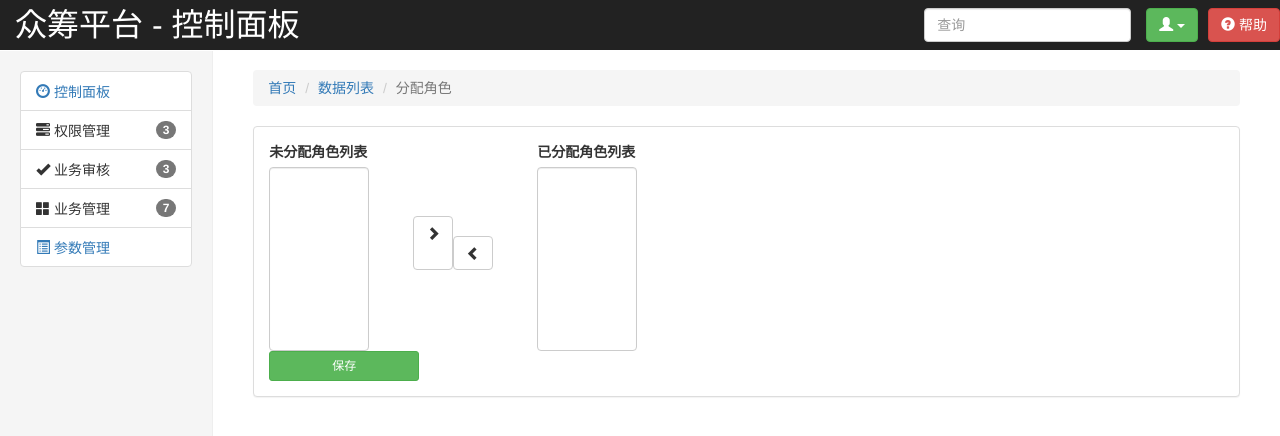
Repository: tornado4651/AtCrodFunding
Page: http://localhost/atcrowdfunding02-admin-webui/WEB-INF/assign-role.jsp
These files come from the project's save history. The page is drawn as it stood at one moment and after a run of saves; the edit follows.
The browser window is 1280 px wide. The pictures show the whole page.
The page is served by Tomcat 9. Nobody is signed in. The template is opened directly, without the code that normally fills it, so the values that code supplies are empty.

Above is the page before, as saved 2020-04-30 03:41:03.

### atcrowdfunding01-admin-parent/atcrowdfunding02-admin-webui/src/main/webapp/WEB-INF/assign-role.jsp
<%@ page language="java" contentType="text/html; charset=UTF-8"
	pageEncoding="UTF-8"%>
<%@ taglib uri="http://java.sun.com/jsp/jstl/core" prefix="c" %>
<!DOCTYPE html>
<html lang="UTF-8">
<!-- 提取出navigator部分，单独包含进来 -->
<%@include file="/WEB-INF/include-head.jsp" %>

<script type="text/javascript">
	$(function(){
		// 实现角色选择框的添加功能
		// ":eq(0)"表示选择页面上的第一个选择框
		// "eq(1)"表示选择页面上的第一个选择框
		// ">"表示选择子元素
		// “:selected”表示选择“被选中”的option
		// appendTo()能够将jQuery对象追加到指定位置
		$("#toRightBtn").click(function() {
			$("select:eq(0)>option:selected").appendTo("select:eq(1)");
		});

		// 实现角色选择框的删除功能
		$("#toLeftBtn").click(function(){
			$("select:eq(1) > option:selected").appendTo("select:eq(0)");
		});

		// 设置提交按钮中所有option选中，避免bug
		$("#submitBtn").click(function(){
			$("select:eq(1) > option").prop("selected", "selected");
		});
	});
</script>

<body>

	<!-- 提取出navigator部分，单独包含进来 -->
	<%@include file="/WEB-INF/include-navigator.jsp" %>

	<div class="container-fluid">
		<div class="row">

			<!-- 提取出sidebar部分，单独包含进来 -->
			<%@include file="/WEB-INF/include-sidebar.jsp" %>
			<div class="col-sm-9 col-sm-offset-3 col-md-10 col-md-offset-2 main">
				<ol class="breadcrumb">
				  <li><a href="#">首页</a></li>
				  <li><a href="#">数据列表</a></li>
				  <li class="active">分配角色</li>
				</ol>
			<div class="panel panel-default">
			  <div class="panel-body">
				<form  action="assign/do/role/assign.html" method="post" role="form" class="form-inline">

				  <input type="hidden" name="adminId" value="${param.adminId }"/>
				  <input type="hidden" name="pageNum" value="${param.pageNum }"/>
				  <input type="hidden" name="keyword" value="${param.keyword }"/>

				  <div class="form-group">
					<label for="exampleInputPassword1">未分配角色列表</label><br>
					<select
						class="form-control" multiple="multiple" size="10"
						style="width:100px;overflow-y:auto;">
                        <c:forEach items="${requestScope.unAssignedRoleList }" var="role">
                        	<option value="${role.id }">${role.name }</option>
                        </c:forEach>
                    </select>
				  </div>
				  <div class="form-group">
                        <ul>
                            <li  id="toRightBtn" class="btn btn-default glyphicon glyphicon-chevron-right"/> <br><br>
                            <li  id="toLeftBtn" class="btn btn-default glyphicon glyphicon-chevron-left" style="margin-top:20px;"/>
                        </ul>
				  </div>
				  <div class="form-group" style="margin-left:40px;">
					<label for="exampleInputPassword1">已分配角色列表</label><br>
					<select name="roleIdList"
						class="form-control" multiple="multiple" size="10"
						style="width:100px;overflow-y:auto;">
                        <c:forEach items="${requestScope.assignedRoleList }" var="role">
                        	<option value="${role.id }">${role.name }</option>
                        </c:forEach>
                    </select>
				  </div>

				  <button id="submitBtn" type="submit" style="width:150px" class="btn btn-sm btn-success btn-block">保存</button>

				</form>
			  </div>
			</div>
        </div>

		</div>
	</div>
</body>
</html>

### atcrowdfunding01-admin-parent/atcrowdfunding02-admin-webui/src/main/webapp/WEB-INF/include-head.jsp
<%@ page language="java" contentType="text/html; charset=UTF-8"
    pageEncoding="UTF-8"%>
<head>
<meta charset="GB18030">
<meta http-equiv="X-UA-Compatible" content="IE=edge">
<meta name="viewport" content="width=device-width, initial-scale=1">
<meta name="description" content="">
<meta name="author" content="">
<base
	href="http://${pageContext.request.serverName }:${pageContext.request.serverPort }${pageContext.request.contextPath }/" />
<link rel="stylesheet" href="bootstrap/css/bootstrap.min.css">
<link rel="stylesheet" href="css/font-awesome.min.css">
<link rel="stylesheet" href="css/main.css">
<style>
.tree li {
	list-style-type: none;
	cursor: pointer;
}

.tree-closed {
	height: 40px;
}

.tree-expanded {
	height: auto;
}
</style>
<script src="jquery/jquery-2.1.1.min.js"></script>
<script src="bootstrap/js/bootstrap.min.js"></script>
<script src="script/docs.min.js"></script>
<script type="text/javascript" src="layer/layer.js"></script>
<script type="text/javascript">
	$(function() {
		$(".list-group-item").click(function() {
			if ($(this).find("ul")) {
				$(this).toggleClass("tree-closed");
				if ($(this).hasClass("tree-closed")) {
					$("ul", this).hide("fast");
				} else {
					$("ul", this).show("fast");
				}
			}
		});
	});
</script>

</head>

### atcrowdfunding01-admin-parent/atcrowdfunding02-admin-webui/src/main/webapp/WEB-INF/include-navigator.jsp
<%@ page language="java" contentType="text/html; charset=UTF-8"
    pageEncoding="UTF-8"%>
<nav class="navbar navbar-inverse navbar-fixed-top" role="navigation">
		<div class="container-fluid">
			<div class="navbar-header">
				<div>
					<a class="navbar-brand" style="font-size: 32px;" href="#">众筹平台
						- 控制面板</a>
				</div>
			</div>
			<div id="navbar" class="navbar-collapse collapse">
				<ul class="nav navbar-nav navbar-right">
					<li style="padding-top: 8px;">
						<div class="btn-group">
							<button type="button"
								class="btn btn-default btn-success dropdown-toggle"
								data-toggle="dropdown">
								<i class="glyphicon glyphicon-user"></i>
								${sessionScope.loginAdmin.userName }
								<span class="caret"></span>
							</button>
							<ul class="dropdown-menu" role="menu">
								<li><a href="#"><i class="glyphicon glyphicon-cog"></i>
										个人设置</a></li>
								<li><a href="#"><i class="glyphicon glyphicon-comment"></i>
										消息</a></li>
								<li class="divider"></li>
								<li><a href="admin/do/logout.html"><i
										class="glyphicon glyphicon-off"></i> 退出系统</a></li>
							</ul>
						</div>
					</li>
					<li style="margin-left: 10px; padding-top: 8px;">
						<button type="button" class="btn btn-default btn-danger">
							<span class="glyphicon glyphicon-question-sign"></span> 帮助
						</button>
					</li>
				</ul>
				<form class="navbar-form navbar-right">
					<input type="text" class="form-control" placeholder="查询">
				</form>
			</div>
		</div>
	</nav>

### atcrowdfunding01-admin-parent/atcrowdfunding02-admin-webui/src/main/webapp/WEB-INF/include-sidebar.jsp
<%@ page language="java" contentType="text/html; charset=UTF-8"
    pageEncoding="UTF-8"%>
<div class="col-sm-3 col-md-2 sidebar">
				<div class="tree">
					<ul style="padding-left: 0px;" class="list-group">
						<li class="list-group-item tree-closed"><a href="main.html"><i
								class="glyphicon glyphicon-dashboard"></i> 控制面板</a></li>
						<li class="list-group-item tree-closed"><span><i
								class="glyphicon glyphicon glyphicon-tasks"></i> 权限管理 <span
								class="badge" style="float: right">3</span></span>
							<ul style="margin-top: 10px; display: none;">
								<li style="height: 30px;"><a href="admin/get/page.html"><i
										class="glyphicon glyphicon-user"></i> 用户维护</a></li>
								<li style="height: 30px;"><a href="role/to/page.html"><i
										class="glyphicon glyphicon-king"></i> 角色维护</a></li>
								<li style="height: 30px;"><a href="menu/to/page.html"><i
										class="glyphicon glyphicon-lock"></i> 菜单维护</a></li>
							</ul></li>
						<li class="list-group-item tree-closed"><span><i
								class="glyphicon glyphicon-ok"></i> 业务审核 <span class="badge"
								style="float: right">3</span></span>
							<ul style="margin-top: 10px; display: none;">
								<li style="height: 30px;"><a href="auth_cert.html"><i
										class="glyphicon glyphicon-check"></i> 实名认证审核</a></li>
								<li style="height: 30px;"><a href="auth_adv.html"><i
										class="glyphicon glyphicon-check"></i> 广告审核</a></li>
								<li style="height: 30px;"><a href="auth_project.html"><i
										class="glyphicon glyphicon-check"></i> 项目审核</a></li>
							</ul></li>
						<li class="list-group-item tree-closed"><span><i
								class="glyphicon glyphicon-th-large"></i> 业务管理 <span
								class="badge" style="float: right">7</span></span>
							<ul style="margin-top: 10px; display: none;">
								<li style="height: 30px;"><a href="cert.html"><i
										class="glyphicon glyphicon-picture"></i> 资质维护</a></li>
								<li style="height: 30px;"><a href="type.html"><i
										class="glyphicon glyphicon-equalizer"></i> 分类管理</a></li>
								<li style="height: 30px;"><a href="process.html"><i
										class="glyphicon glyphicon-random"></i> 流程管理</a></li>
								<li style="height: 30px;"><a href="advertisement.html"><i
										class="glyphicon glyphicon-hdd"></i> 广告管理</a></li>
								<li style="height: 30px;"><a href="message.html"><i
										class="glyphicon glyphicon-comment"></i> 消息模板</a></li>
								<li style="height: 30px;"><a href="project_type.html"><i
										class="glyphicon glyphicon-list"></i> 项目分类</a></li>
								<li style="height: 30px;"><a href="tag.html"><i
										class="glyphicon glyphicon-tags"></i> 项目标签</a></li>
							</ul></li>
						<li class="list-group-item tree-closed"><a href="param.html"><i
								class="glyphicon glyphicon-list-alt"></i> 参数管理</a></li>
					</ul>
				</div>
			</div>

### atcrowdfunding01-admin-parent/atcrowdfunding02-admin-webui/src/main/webapp/css/main.css
/*
 * Base structure
 */

/* Move down content because we have a fixed navbar that is 50px tall */
body {
  padding-top: 50px;
}


/*
 * Global add-ons
 */

.sub-header {
  padding-bottom: 10px;
  border-bottom: 1px solid #eee;
}

/*
 * Top navigation
 * Hide default border to remove 1px line.
 */
.navbar-fixed-top {
  border: 0;
}

/*
 * Sidebar
 */

/* Hide for mobile, show later */
.sidebar {
  display: none;
}
@media (min-width: 768px) {
  .sidebar {
    position: fixed;
    top: 51px;
    bottom: 0;
    left: 0;
    z-index: 1000;
    display: block;
    padding: 20px;
    overflow-x: hidden;
    overflow-y: auto; /* Scrollable contents if viewport is shorter than content. */
    background-color: #f5f5f5;
    border-right: 1px solid #eee;
  }
}

/* Sidebar navigation */
.nav-sidebar {
  margin-right: -21px; /* 20px padding + 1px border */
  margin-bottom: 20px;
  margin-left: -20px;
}
.nav-sidebar > li > a {
  padding-right: 20px;
  padding-left: 20px;
}
.nav-sidebar > .active > a,
.nav-sidebar > .active > a:hover,
.nav-sidebar > .active > a:focus {
  color: #fff;
  background-color: #428bca;
}


/*
 * Main content
 */

.main {
  padding: 20px;
}
@media (min-width: 768px) {
  .main {
    padding-right: 40px;
    padding-left: 40px;
  }
}
.main .page-header {
  margin-top: 0;
}


/*
 * Placeholder dashboard ideas
 */

.placeholders {
  margin-bottom: 30px;
  text-align: center;
}
.placeholders h4 {
  margin-bottom: 0;
}
.placeholder {
  margin-bottom: 20px;
}
.placeholder img {
  display: inline-block;
  border-radius: 50%;
}

Loaded but not shown: atcrowdfunding01-admin-parent/atcrowdfunding02-admin-webui/src/main/webapp/bootstrap/css/bootstrap.min.css (library); atcrowdfunding01-admin-parent/atcrowdfunding02-admin-webui/src/main/webapp/css/font-awesome.min.css (library); atcrowdfunding01-admin-parent/atcrowdfunding02-admin-webui/src/main/webapp/jquery/jquery-2.1.1.min.js (library); atcrowdfunding01-admin-parent/atcrowdfunding02-admin-webui/src/main/webapp/bootstrap/js/bootstrap.min.js (library); atcrowdfunding01-admin-parent/atcrowdfunding02-admin-webui/src/main/webapp/script/docs.min.js (library); atcrowdfunding01-admin-parent/atcrowdfunding02-admin-webui/src/main/webapp/layer/layer.js (library); atcrowdfunding01-admin-parent/atcrowdfunding02-admin-webui/src/main/webapp/layer/theme/default/layer.css (library)

After the next 2 saves:
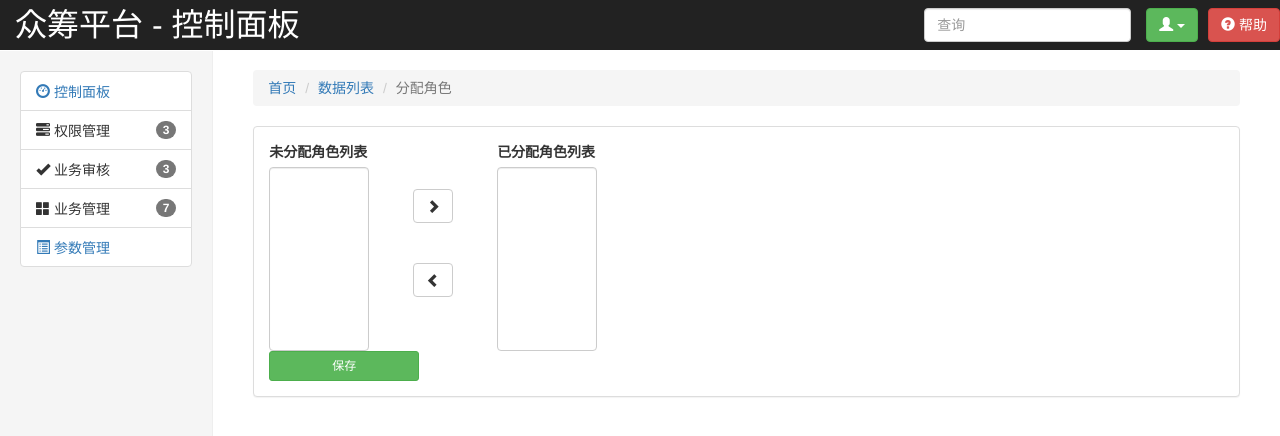
The 2 saves are shown as one change because they came seconds apart.
The last was saved 8 s later.
--- a/atcrowdfunding01-admin-parent/atcrowdfunding02-admin-webui/src/main/webapp/WEB-INF/assign-role.jsp
+++ b/atcrowdfunding01-admin-parent/atcrowdfunding02-admin-webui/src/main/webapp/WEB-INF/assign-role.jsp
@@ -66,7 +66,8 @@
 				  </div>
 				  <div class="form-group">
                         <ul>
-                            <li  id="toRightBtn" class="btn btn-default glyphicon glyphicon-chevron-right"/> <br><br>
+                            <li  id="toRightBtn" class="btn btn-default glyphicon glyphicon-chevron-right"></li>
+                            <br><br>
                             <li  id="toLeftBtn" class="btn btn-default glyphicon glyphicon-chevron-left" style="margin-top:20px;"/>
                         </ul>
 				  </div>
